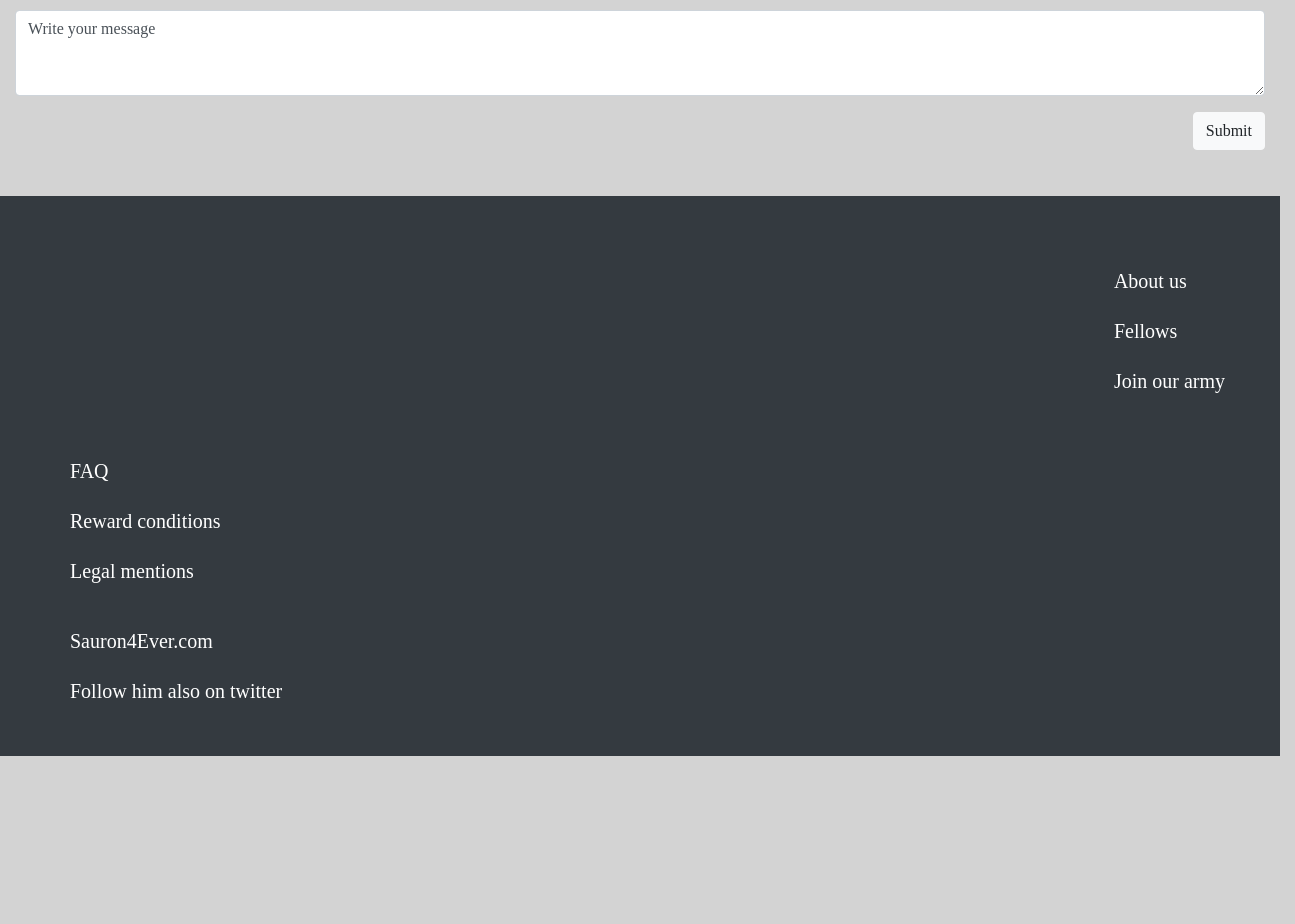
Repository: Khaleddwm/FindThePrecious
Page: index.html
The author's editor kept a copy of each file at every save. The page is drawn from the files as they stood at one save, then again after the next save.
The browser window is 1280 px wide. The page is 1295 px wide, so the pictures cover 1295 px, including what lies to the right of the window. The pictures show the part of the page from y = 2162 to 3086 px (the page is 3086 px tall before and 2856 px after).
Some web fonts or font styles are not loaded; a fallback is used.

Above is the page before, as saved 2020-05-25 11:54:41.

After the next save:
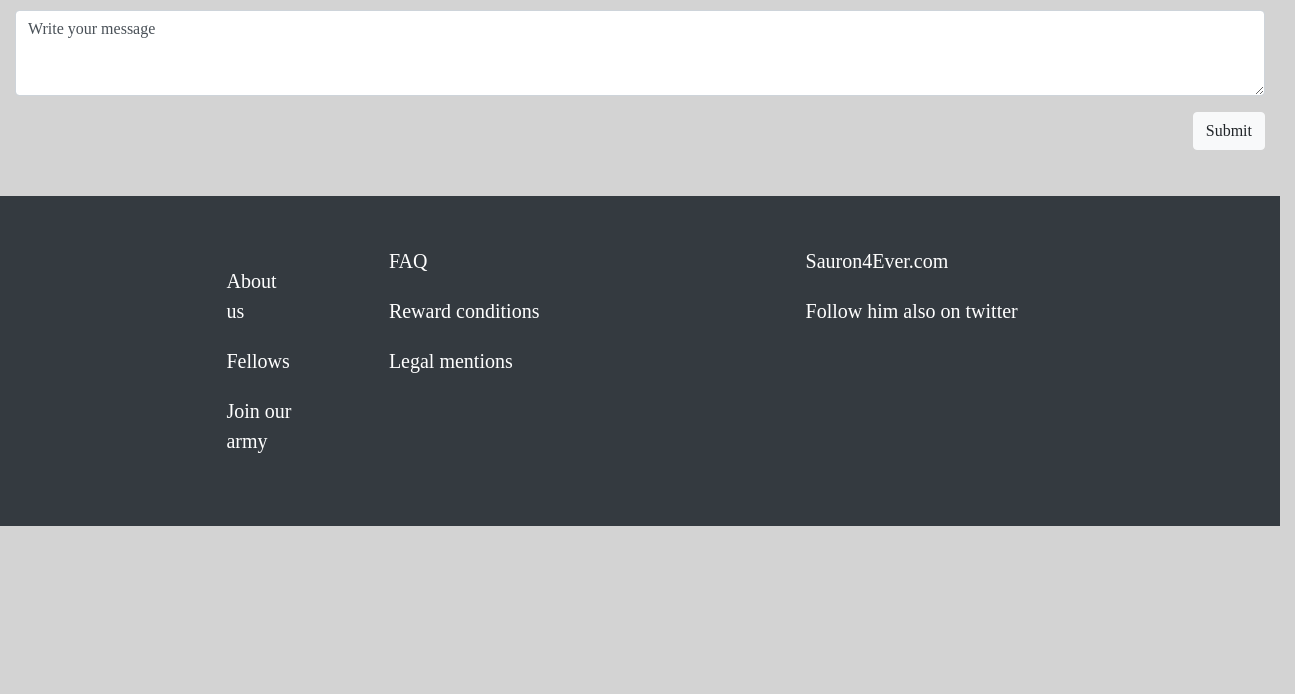
Saved 14 s later.
--- a/style.css
+++ b/style.css
@@ -87,7 +87,7 @@ footer .container-fluid {
 @media only screen and (min-width: 768px) {
     footer .container-fluid {
         display: flex;
-        flex-direction: column;
+        justify-content: center;
     }
 }
 .footer-classic a, .footer-classic a:focus, .footer-classic a:active {
